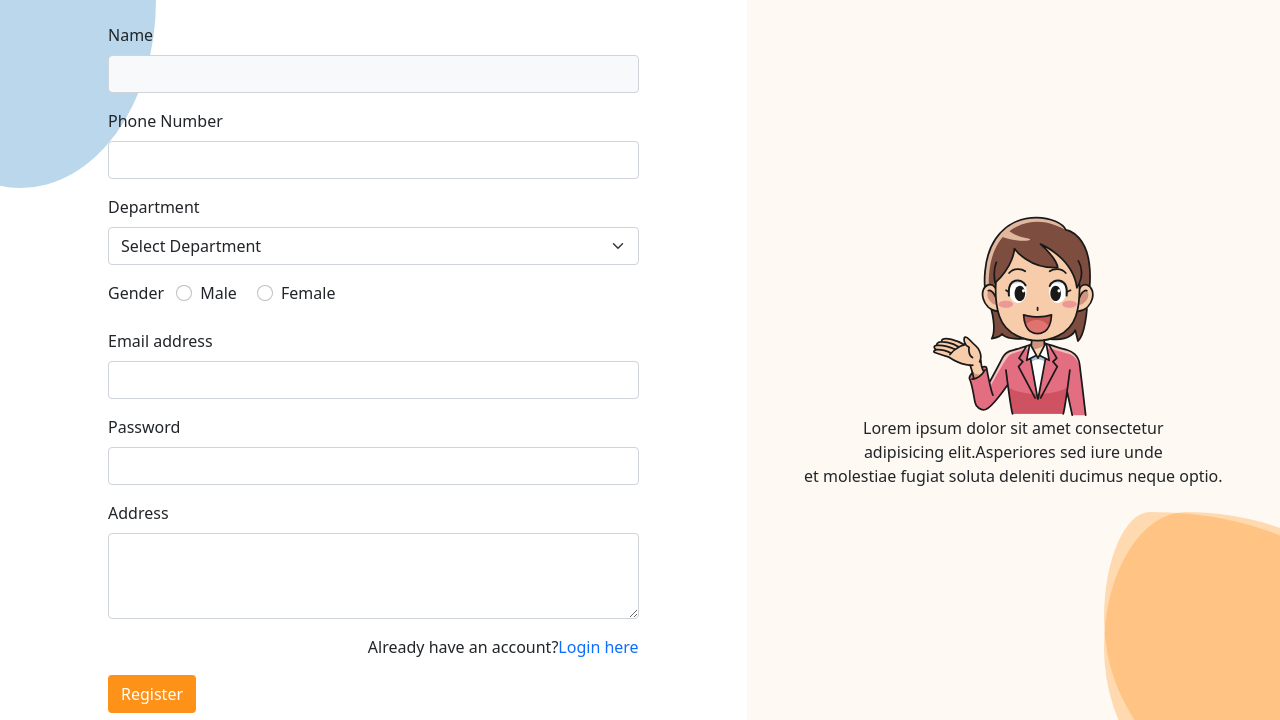
Repository: SaudCh/PHP-OHRMS
Page: http://localhost/register
An editor plug-in stored every save of this project. The page is shown before and after the next save, followed by the edit.
The browser window is 1280 px wide. The pictures show the whole page.
Some web libraries are served in a nearby version. The page is run by PHP 8.4 with error messages shown; the project is at /var/www/html/.

Above is the page before, as saved 2022-06-06 00:52:39.

After the next save:
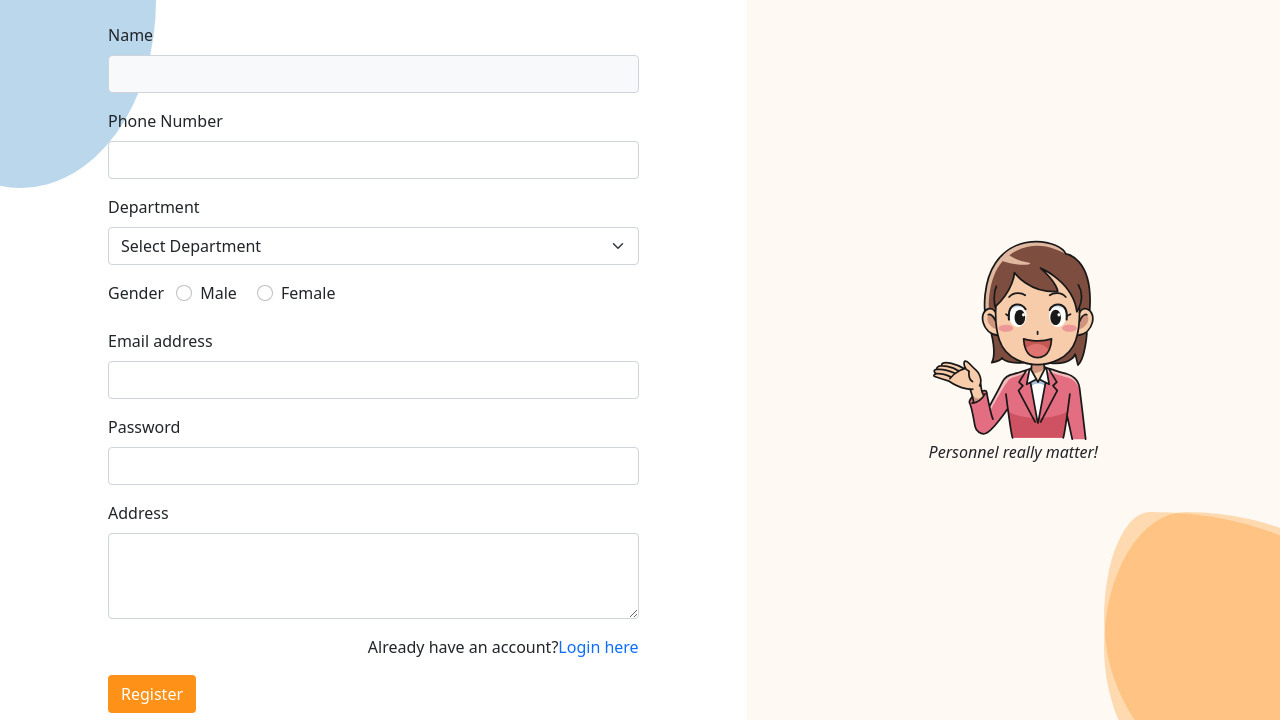
Saved 11 s later.
--- a/register.php
+++ b/register.php
@@ -113,11 +113,8 @@ if (isset($_SESSION['email'])) {
 
                 <div class="text-center">
                     <img src="./assets/images/register.svg" class="register-lady-image" alt="" />
-                    <p class="p-0">
-                        Lorem ipsum dolor sit amet consectetur</br>
-                        adipisicing elit.Asperiores sed iure unde </br>
-                        et molestiae fugiat soluta deleniti ducimus neque
-                        optio.
+                    <p class="p-0" style="font-style: italic;font-weight:500">
+                        Personnel really matter!
                     </p>
                 </div>
             </div>
